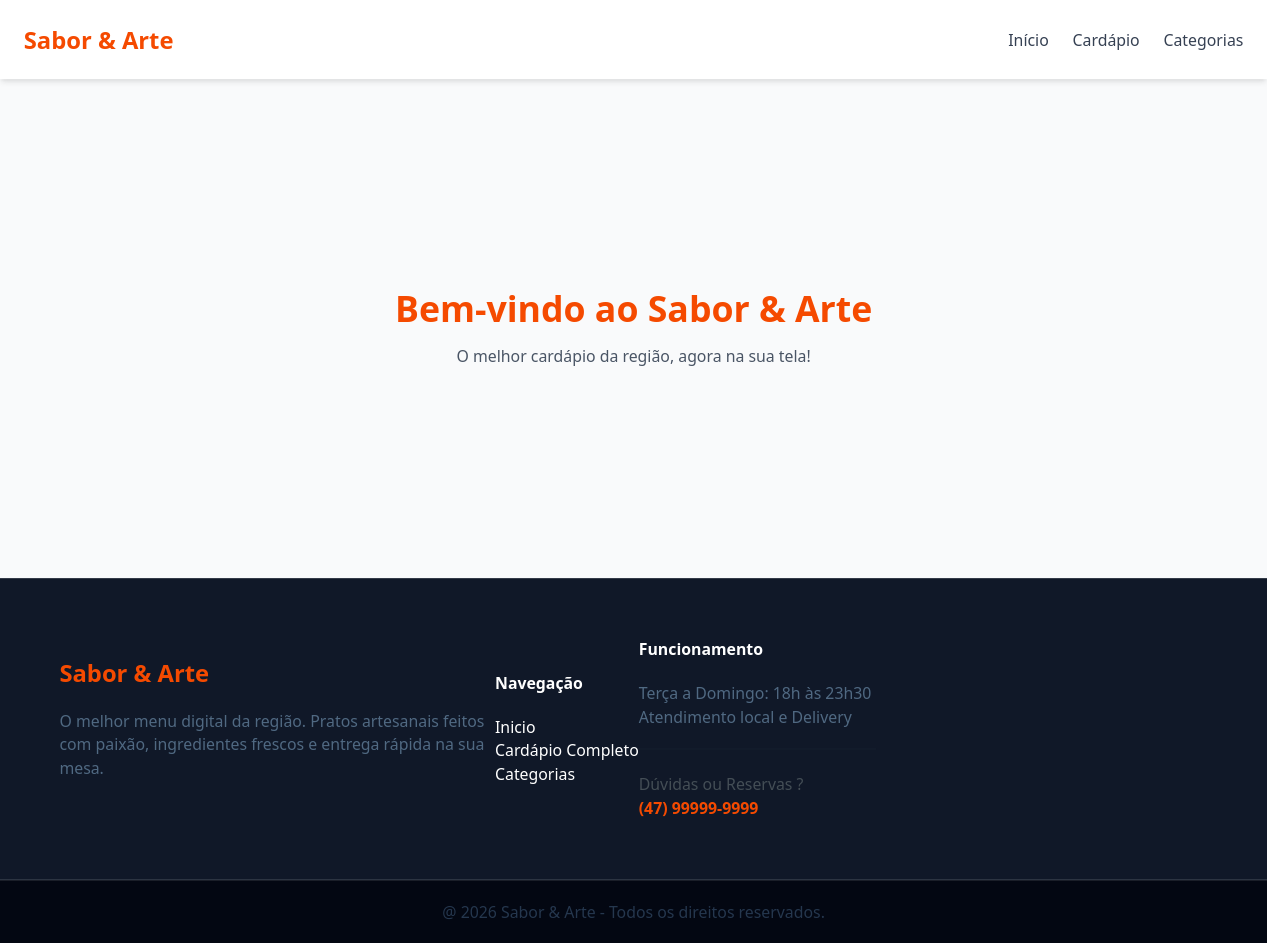
Repository: DiegoWWeege/pair-programming-next-js
Page: / (app in next-js-project/)
The author's editor kept a copy of each file at every save. The page is drawn from the files as they stood at one save, then again after the next save.
The browser window is 1280 px wide. The pictures show the whole page, at 99% of full size.
The project was rebuilt for these pictures with package versions that can differ from the ones it lists, and the page was loaded fresh each time. The framework's server and built-in components were replaced by stand-ins that run in the browser. Also part of the build but not shown: next-js-project/next.config.ts.

Above is the page before, as saved 2026-09-18 19:02:56.

### next-js-project/src/app/layout.tsx
import type { Metadata } from "next";
import "./globals.css";
import {Inter, Montserrat} from "next/font/google"
import NavBar from "@/components/NavBar";
import Footer from "@/components/Footer";

const inter = Inter({subsets: ["latin"], variable : "--font-inter"});

const montserrat = Montserrat({ subsets: ["latin"], variable: "--font-montserrat"})

export const metadata: Metadata = {
  title: "Menu Digital - Restaurante",
  description: "Desenvolvido por Diego e Cherpinski",
};

export default function RootLayout({ children }: LayoutProps<"/">) {
  return (
    <html
      lang="pt-br"
    >
      <body className="bg-gray-50 antialiased">
        <NavBar></NavBar>
        {children}
        <Footer/>

      </body>
    </html>
  );
}

### next-js-project/src/app/page.tsx
import Image from "next/image";
import Footer from "../components/Footer";
import NavBar from "@/components/NavBar";

export default function Home() {
  return (
    <div>
      <main className="flex flex-col items-center justify-center min-h-[70vh]">
        <h1 className="text-4xl font-bold text-orange-600 ">Bem-vindo ao Sabor & Arte</h1>
        <p className="mt-4 text-gray-600">O melhor cardápio da região, agora na sua tela!</p>
      </main>
    </div>
  );
}

### next-js-project/src/components/NavBar.tsx
import Link from "next/link";


export default function NavBar(){

    return (
        <nav className="flex items-center justify-between p-6 bg-white shadow-md">
            <h2 className="text-2xl font-bold text-orange-600">Sabor & Arte</h2>

            <div className="flex gap-6">
                <Link href= "/" className="text-gray-700 hover:text-orange-600 font-medium">Início</Link>

                <Link href= "/cardapio" className="text-gray-700 hover:text-orange-600 font-medium">Cardápio</Link>

                <Link href= "/categorias" className="text-gray-700 hover:text-orange-600 font-medium">Categorias</Link>
            </div>

        </nav>
    );
}

### next-js-project/src/components/Footer.tsx
import Link from "next/link"

export default function Footer(){

    return(

        <footer>
           <div className="flex flex-cols-3 items-center  bg-[#101828] p-15">
                <div>
                    <h2 className="font-bold text-orange-600 text-2xl mb-5 ">
                        Sabor & Arte
                    </h2>

                    <p className="w-110 mb-5 w-60 text-[#506982]">
                        O melhor menu digital da região. Pratos artesanais feitos com
                        paixão, ingredientes frescos e entrega rápida na sua mesa.
                    </p>
                </div>

                <div>
                    <h3 className = "text-white font-bold mb-5">
                        Navegação
                    </h3>

                    <Link className = "block text-white" href="/">Inicio</Link>
                    <Link className = "block text-white" href="/cardapio">Cardápio Completo</Link>
                    <Link className = "block text-white" href="/categorias">Categorias</Link>
                </div>

                <div>
                    <h3 className="text-white font-bold mb-5">
                        Funcionamento
                    </h3>

                    <p className="mb-5 w-60 text-[#506982]">
                        Terça a Domingo: 18h às 23h30
                        Atendimento local e Delivery
                    </p>

                    <hr className="border-[#151E2E] h-1"/>

                    <p className="mt-5 text-[#444E56]">
                        Dúvidas ou Reservas ?
                    </p>

                    <strong className="text-orange-600">
                        (47) 99999-9999
                    </strong>
                </div>

           </div>

            <hr className="border-[#151E2E] "/>

           <div className = "flex items-center justify-center p-5 bg-[#030712]">
                    <p className="text-[#25374E]">
                        @ 2026 Sabor & Arte - Todos os direitos reservados.
                    </p>
            </div>
        </footer>
    )

}

Loaded but not shown: next-js-project/src/app/globals.css (common file)

After the next save:
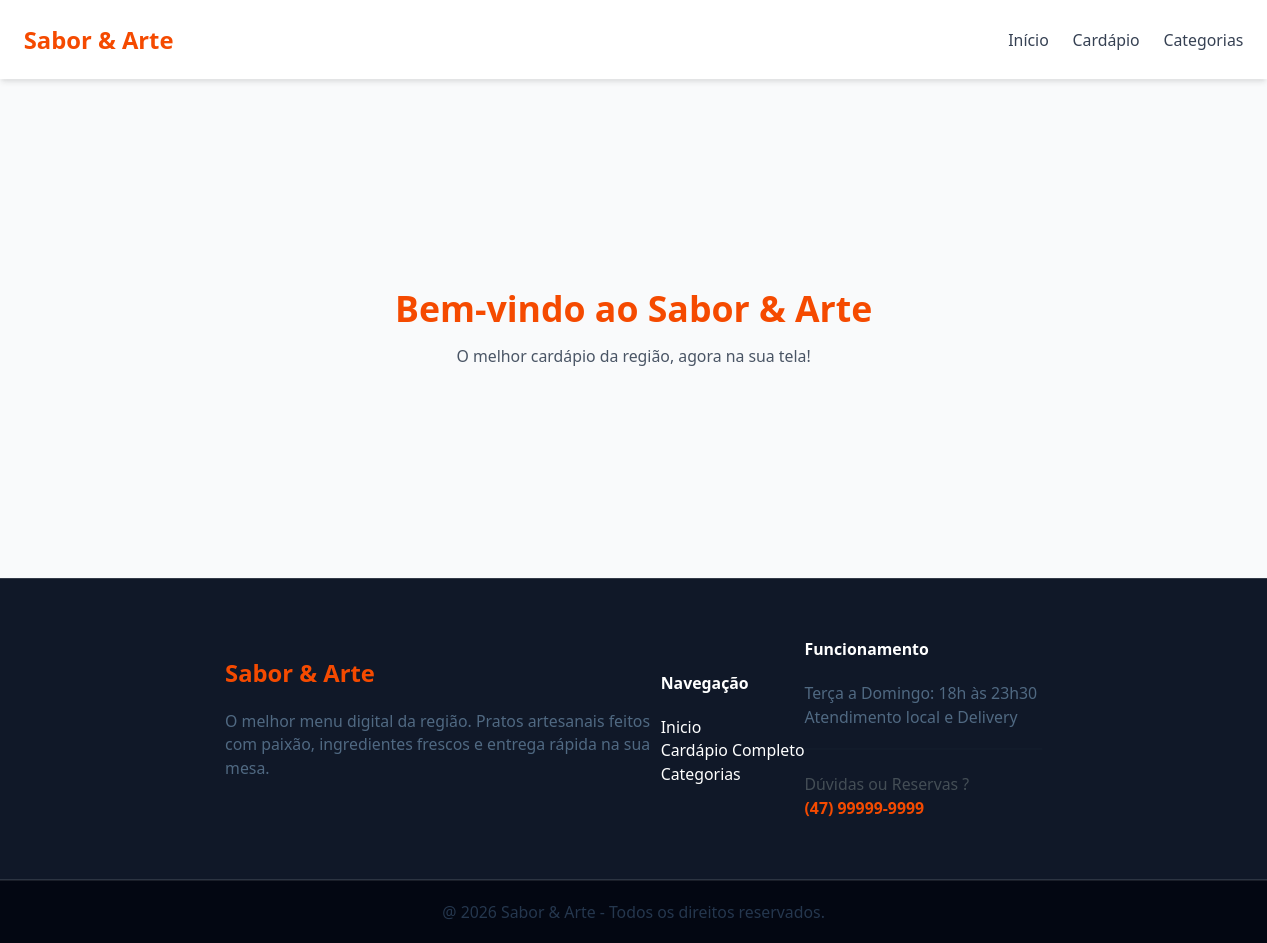
Saved 5 s later.
--- a/next-js-project/src/components/Footer.tsx
+++ b/next-js-project/src/components/Footer.tsx
@@ -5,7 +5,7 @@ export default function Footer(){
     return(
 
         <footer>
-           <div className="flex flex-cols-3 items-center  bg-[#101828] p-15">
+           <div className="flex flex-cols-3 items-center justify-center bg-[#101828] p-15">
                 <div>
                     <h2 className="font-bold text-orange-600 text-2xl mb-5 ">
                         Sabor & Arte
